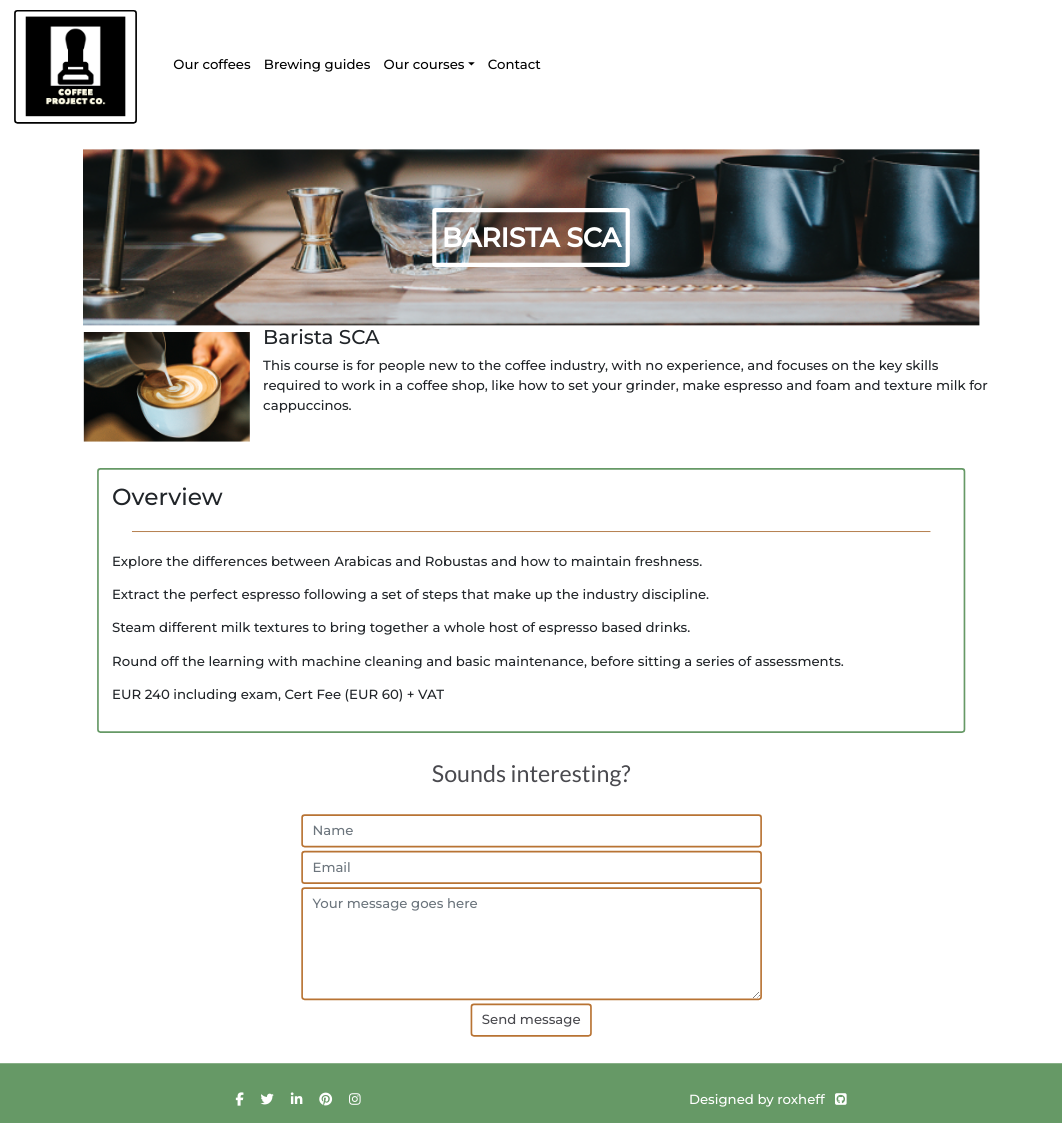
Repository: roxanahefferon/M1
Page: barista-sca.html
The author's editor kept a record of every edit. The page is drawn from the files as they stood at one moment, then again after the next edit.
The browser window is 1280 px wide. The pictures show the whole page, at 83% of full size.
Some web libraries are served in a nearby version.

Above is the page before.

### barista-sca.html
<!DOCTYPE html>
<html lang="en">

<head>
    <meta charset="UTF-8">
    <meta name="viewport" content="width=device-width, initial-scale=1.0">
    <meta http-equiv="X-UA-Compatible" content="ie=edge">
    <link rel="stylesheet" href="https://maxcdn.bootstrapcdn.com/bootstrap/4.0.0/css/bootstrap.min.css" integrity="sha384-Gn5384xqQ1aoWXA+058RXPxPg6fy4IWvTNh0E263XmFcJlSAwiGgFAW/dAiS6JXm" crossorigin="anonymous">
    <script src="https://kit.fontawesome.com/877201db70.js" crossorigin="anonymous"></script>
    <link rel="stylesheet" href="assets/css/style.css" type="text/css" />
    <title>Coffee Project Co.</title>
</head>

<body>

    <header>

        <! --- navbar --->

        <nav class="navbar navbar-expand-sm navbar-light fixed-top"> <a class="navbar-brand" href="index.html"> <img src="./assets/images/coffee-project-logo.png" width="120px" alt="bbb-logo"></a>
            <button class="navbar-toggler" type="button" data-toggle="collapse" data-target="#collapsibleNavbar">
    <span class="navbar-toggler-icon"></span>
  </button>
            <div class="collapse navbar-collapse " id="collapsibleNavbar">
                <ul class="navbar-nav">
                    <li class="nav-item">
                        <a class="nav-link" href="coffees.html">Our coffees</a>
                    </li>
                    <li class="nav-item">
                        <a class="nav-link" href="brewing.html">Brewing guides</a>
                    </li>
                    <li class="nav-item dropdown">
                        <a class="nav-link dropdown-toggle" href="#" id="navbardrop" data-toggle="dropdown">Our courses</a>
                        <div class="dropdown-menu">
                            <a class="dropdown-item" href="intro.html">Intro to coffee</a>
                            <a class="dropdown-item" href="barista-sca.html">Barista SCA</a>
                            <a class="dropdown-item" href="brewing-sca.html">Brewing SCA</a>
                        </div>
                    </li>
                    <li class="nav-item">
                        <a class="nav-link" href="contact.html">Contact</a>
                    </li>
                </ul>
            </div>
        </nav>

    </header>


    <! --- main section --->

    <div class="container main-container">
        <div class="container main-landing">
            <div class="row">
                <div class="col">
                    <img src="./assets/images/our-courses.png" alt="roasted coffee beans image" width=100% height=auto>
                    <p class="ph-landing">Barista SCA</p>
                </div>
            </div>
        </div>
    </div>

    <! --- media object --->

    <div class="container">
        <div class="row">
            <div class="col">

                <div class="media">
                    <img src="./assets/images/barista-sca.png" alt="latte art image" class="align-self-center mx-3 mt-2" style="width:200px">
                    <div class="media-body">
                        <h4>Barista SCA</h4>
                        <p>This course is for people new to the coffee industry, with no experience, and focuses on the key skills required to work in a coffee shop, like how to set your grinder, make espresso and foam and texture milk for cappuccinos.</p>
                    </div>
                </div>
            </div>
        </div>
    </div>

    <div class="container">
        <div class="row">
            <div class="col">
                <div class="sca-content">
                    <h3>Overview</h2>
                    <hr class="section-divider">
                    <p>Explore the differences between Arabicas and Robustas and how to maintain freshness.</p>
                    <p>Extract the perfect espresso following a set of steps that make up the industry discipline.</p>
                    <p>Steam different milk textures to bring together a whole host of espresso based drinks.</p>
                    <p>Round off the learning with machine cleaning and basic maintenance, before sitting a series of assessments.</p>
                    <p>EUR 240 including exam, Cert Fee (EUR 60) + VAT</p>

                </div>
            </div>
        </div>
    </div>

    <! --- form --->

    <div class="container">
        <div class="row no-gutters">
            <div class="col-6 offset-3">
                <h3 class="text-center form-heading">Sounds interesting?</h3>
                <form>
                    <input type="text" name="name" id="fullname" class="form-control" placeholder="Name" required />
                    <input type="email" name="email" id="emailaddress" class="form-control" placeholder="Email" required />
                    <textarea rows="5" name="message" id="message" class="form-control" placeholder="Your message goes here" required></textarea>
                    <div class="form-row text-center">
                        <div class="col">
                            <button type="submit" class="btn my-button my-border">Send message</button>
                        </div>
                </form>
                </div>
            </div>
        </div>
    </div>


    <! --- footer --->

    <footer>
        <div class="footer">

            <div class="container">
                <div class="row">

                    <div class="col-6 media d-inline-flex justify-content-center">
                        <ul class="list-inline">
                            <li class="list-inline-item">
                                <a href="https://www.facebook.com/" target="_blank">
<i class="fab fa-facebook-f" aria-hidden="true"></i>
<span class="sr-only">Facebook</span>
</a>
                            </li>
                            <li class="list-inline-item">
                                <a href="https://twitter.com/" target="_blank">
<i class="fab fa-twitter" aria-hidden="true"></i>
<span class="sr-only">Twitter</span></a>
                            </li>
                            <li class="list-inline-item">
                                <a href="https://www.linkedin.com" target="_blank">
<i class="fab fa-linkedin-in" aria-hidden="true"></i>
<span class="sr-only">LinkedIn</span>
</a>
                            </li>
                            <li class="list-inline-item">
                                <a href="https://www.pinterest.com/" target="_blank">
<i class="fab fa-pinterest" aria-hidden="true"></i>
<span class="sr-only">Pinterest</span>
</a>
                            </li>
                            <li class="list-inline-item">
                                <a href="https://www.instagram.com/" target="_blank">
<i class="fab fa-instagram" aria-hidden="true"></i>
<span class="sr-only">Instagram</span>
</a>
                            </li>

                        </ul>
                    </div>
                    <div class="col-6 my-info d-inline-flex justify-content-center">
                        <p>Designed by roxheff <a href="https://github.com/roxanahefferon" target="_blank"><i class="fab fa-github-square aria-hidden="true""></i></p></a>
                    </div>
                </div>
            </div>
        </div>
        </div>
        </div>
    </footer>


    <script src="https://code.jquery.com/jquery-3.2.1.slim.min.js" integrity="sha384-KJ3o2DKtIkvYIK3UENzmM7KCkRr/rE9/Qpg6aAZGJwFDMVNA/GpGFF93hXpG5KkN" crossorigin="anonymous"></script>
    <script src="https://cdnjs.cloudflare.com/ajax/libs/popper.js/1.12.9/umd/popper.min.js" integrity="sha384-ApNbgh9B+Y1QKtv3Rn7W3mgPxhU9K/ScQsAP7hUibX39j7fakFPskvXusvfa0b4Q" crossorigin="anonymous"></script>
    <script src="https://maxcdn.bootstrapcdn.com/bootstrap/4.0.0/js/bootstrap.min.js" integrity="sha384-JZR6Spejh4U02d8jOt6vLEHfe/JQGiRRSQQxSfFWpi1MquVdAyjUar5+76PVCmYl" crossorigin="anonymous"></script>
</body>

</html>

### assets/css/style.css
@import url('https://fonts.googleapis.com/css?family=Lato|Montserrat:500&display=swap');

body {
    margin: 0;
    padding: 0;
    font-family: "Montserrat", sans-serif;
}

/* --- all pages --- */

.main-container {
    margin-top: 180px;
}

.section-divider {
    background-color: #b87333;
    margin: 1.5rem;
}

.uppercase {
    text-transform: uppercase;
}

/* --- buttons --- */

.my-button {
    background-color: #ffffff;
    color: #4a4a4f;
}

.my-button:hover {
    background-color: #b87333;
    color: #ffffff;
}

.my-border {
    border: 2px solid #b87333;
}

/* --- headers --- */

.headers-landing {
    position: relative;
    text-align: center;
}

.ph-landing {
    position: absolute;
    top: 50%;
    left: 50%;
    transform: translate(-50%, -50%);
    border: 5px solid;
    border-radius: 0.25rem;
    padding: 0.4rem;
    color: #ffffff;
    text-transform: uppercase;
    font-weight: bold;
    font-size: 1rem;
}

/* --- all forms --- */

.form-heading {
    color: #4a4a4f;
    font-family: "Lato", sans-serif;
    font-weight: lighter;
    margin-bottom: 2rem;
}

input[type=text],
input[type=email],
.form-control {
    color: #495057;
    border: 2px solid #b87333;
    border-radius: 0.25rem;
    width: 100%;
    margin-bottom: 0.25rem;
}

/* --- navbar --- */

.navbar-brand {
    margin-left: 0.05rem;
    margin-top: 0.25rem;
    border: solid 2px;
    border-color: #000000;
    border-radius: 0.25rem;
    padding: .40rem .75rem;
}

.navbar-light {
    background-color: #ffffff;
}

.navbar fixed-top {
    position: fixed !important;
}

.navbar-brand:hover {
    border-color: #b87333;
}

.navbar .navbar-toggler {
    border: solid 2px;
    border-color: #000000;
}

.navbar .navbar-toggler:hover {
    border-color: #b87333;
}

.dropdown a {
    font-weight: 500;
}

.navbar-nav a {
    font-weight: 500;
}

.dropdown-menu {
    border: solid 2px;
    color: #669966;
}

.dropdown-menu:hover {
    color: #b87333;
}

.navbar-collapse {
    margin-left: 20px;
}

.nav-item a {
    color: #000000;
}

.navbar-light .navbar-nav .nav-link {
    color: #000000;
}

.bgblack {
    background-color: #000000;
    padding: 0;
}

/* --- jumbotron hero image --- */

.jumbotron {
    background-image: url("https://i.imgur.com/ysdDc1S.png");
    background-position: center;
    background-repeat: no-repeat;
    background-size: cover;
    position: relative;
    margin-bottom: 0.5rem;
}

.jumbotron h1,
.jumbotron p {
    color: #fafafa;
    text-align: center;
}

.badge-light {
    background-color: #b87333;
    border: none;
    color: #ffffff;
    font-weight: lighter;
    margin-left: 0.25rem;
}

.badge-light:hover {
    background-color: #4a4a4f;
    border: none;
    color: #000000;
    font-weight: inherit;
    font-size: 1rem;
}

.quote-landing {
    color: #b87333;
    text-align: center;
    font-family: "Lora", sans-serif;
    font-weight: 500;
    font-size: 1.2rem;
    margin-top: 1rem;
    padding: 5px;
    border: 2px solid;
    border-color: #b87333;
    border-radius: 0.3rem;
}

.quote {
    margin-top: 1rem;
    margin-bottom: 1rem;
}

/* --- about us --- */

.about {
    color: #fafafa;
    font-weight: lighter;
    margin-bottom: 0.5rem;
    padding: 0.5rem 0;
    border-radius: 0.25rem;
}

.about p {
    margin: 1rem;
    text-align: center;
}

/* --- our-coffees-landing --- */

.our-coffees-landing {
    margin-top: 2rem;
}

.our-coffees-img {
    padding: 0;
}

/* --- landing cards ---*/

.cards-beans {
    margin-top: 2rem;
    padding-bottom: 2rem;
}

.card-deck {
    margin: auto;
    padding: 0;
}

.card-header {
    background-color: #ffffff;
    color: #b87333;
    text-align: center;
}

.card-body {
    background-color: #ffffff;
}

.card-text {
    color: #4a4a4f;
}



/* --- landing sca courses --- */

.sca-section {
    margin-top: 20px;
}

.sca-img {
    padding: 0;
    border: 2px solid;
    border-radius: 0.25rem;
}

/* --- brewing.html --- */

.brew-cards {
    background-color: #ffffff;
    border: 2px solid #b87333;
    border-radius: 0.25rem;
}

.brew-cards:hover {
    background-color: #ffffff;
    border: 2px solid #669966;
}

.brew-cards a {
    color: #000000;
    text-decoration: none;
    background-color: #ffffff;
}

.brew-cards a:hover {
    font-size: 20px;
    font-weight: bold;
    color: #669966;
}

/* --- intro.html --- */

.sca-content {
    margin: 2rem;
    border: 2px solid #669966;
    border-radius: 0.25rem;
    padding: 1rem;
}





/* --- footer --- */

.footer {
    background-color: #669966;
    color: #ffffff;
    font-size: 0.5rem;
    font-family: "Montserrat", sans-serif;
    margin-top: 2rem;
    padding-top: 2rem;
}

.fab {
    color: #ffffff;
    font-size: 10px;
    padding-left: 0.5rem;
}

.fab:hover {
    font-size: x-large;
}

/* --- brewing guides (all .htmls) --- */

.brewing-container {
    padding: 1rem;
    background-color: #669966;
    border: 1px solid #669966;
    border-radius: 0.25rem;
}

.brewing-container h2 {
    font-family: "Lato", sans-serif;
}

.brewing-download {
    padding-top: 0.5rem;
    font-weight: bold;
    text-align: center;
}

.brewing-download a {
    text-decoration: none;
    color: #b87333;
}

/* --- media queries --- */

@media (min-width: 768px) {
    .quote-landing {
        font-size: 2.5rem;
    }
}

@media (min-width: 768px) {
    .our-coffee-img {
        height: 180px;
    }
    .footer {
        font-size: 1rem;
    }
    .fab {
        font-size: 16px;
    }
    .ph-landing {
        font-size: 2rem;
    }
}

After the next edit:
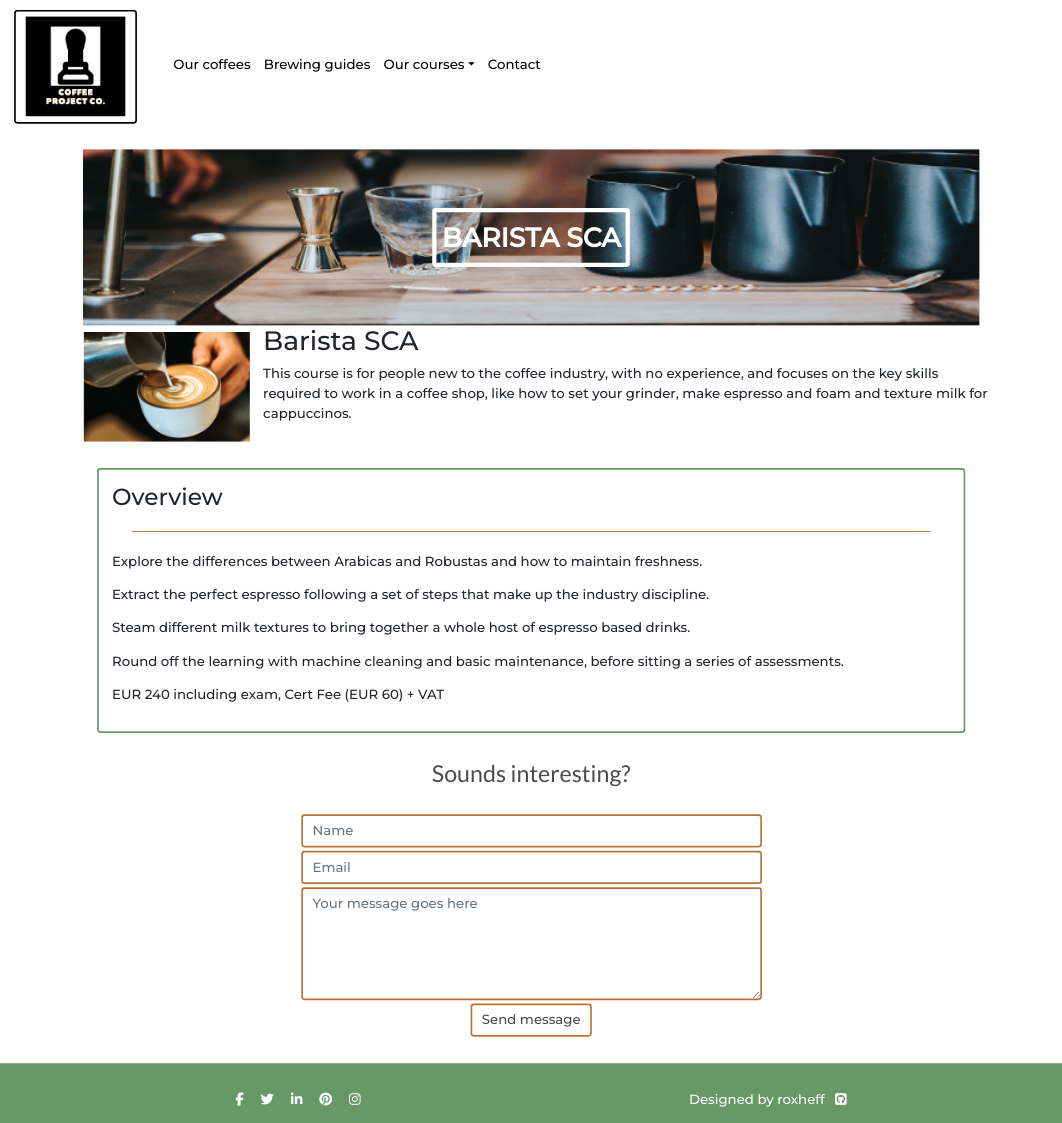
The edit:
--- a/barista-sca.html
+++ b/barista-sca.html
@@ -69,7 +69,7 @@
                 <div class="media">
                     <img src="./assets/images/barista-sca.png" alt="latte art image" class="align-self-center mx-3 mt-2" style="width:200px">
                     <div class="media-body">
-                        <h4>Barista SCA</h4>
+                        <h2>Barista SCA</h2>
                         <p>This course is for people new to the coffee industry, with no experience, and focuses on the key skills required to work in a coffee shop, like how to set your grinder, make espresso and foam and texture milk for cappuccinos.</p>
                     </div>
                 </div>
